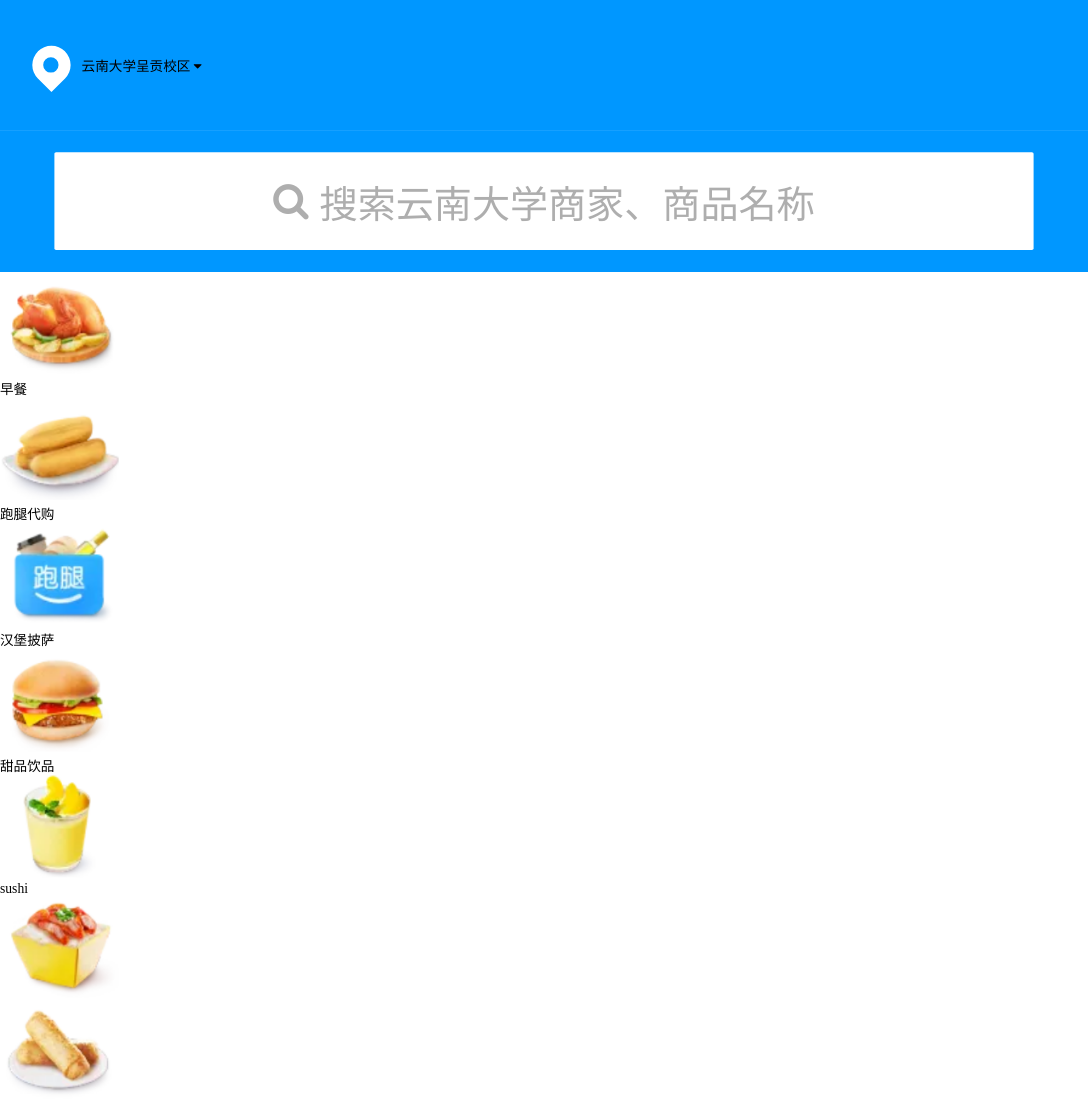
Repository: F000top/ele
Page: index.html
An editor plug-in stored every save of this project. The page is shown before and after a run of saves, followed by the edit.
The browser window is 1280 px wide. The pictures show the whole page, at 85% of full size.

Above is the page before, as saved 2022-06-07 21:26:42.

After the next 2 saves:
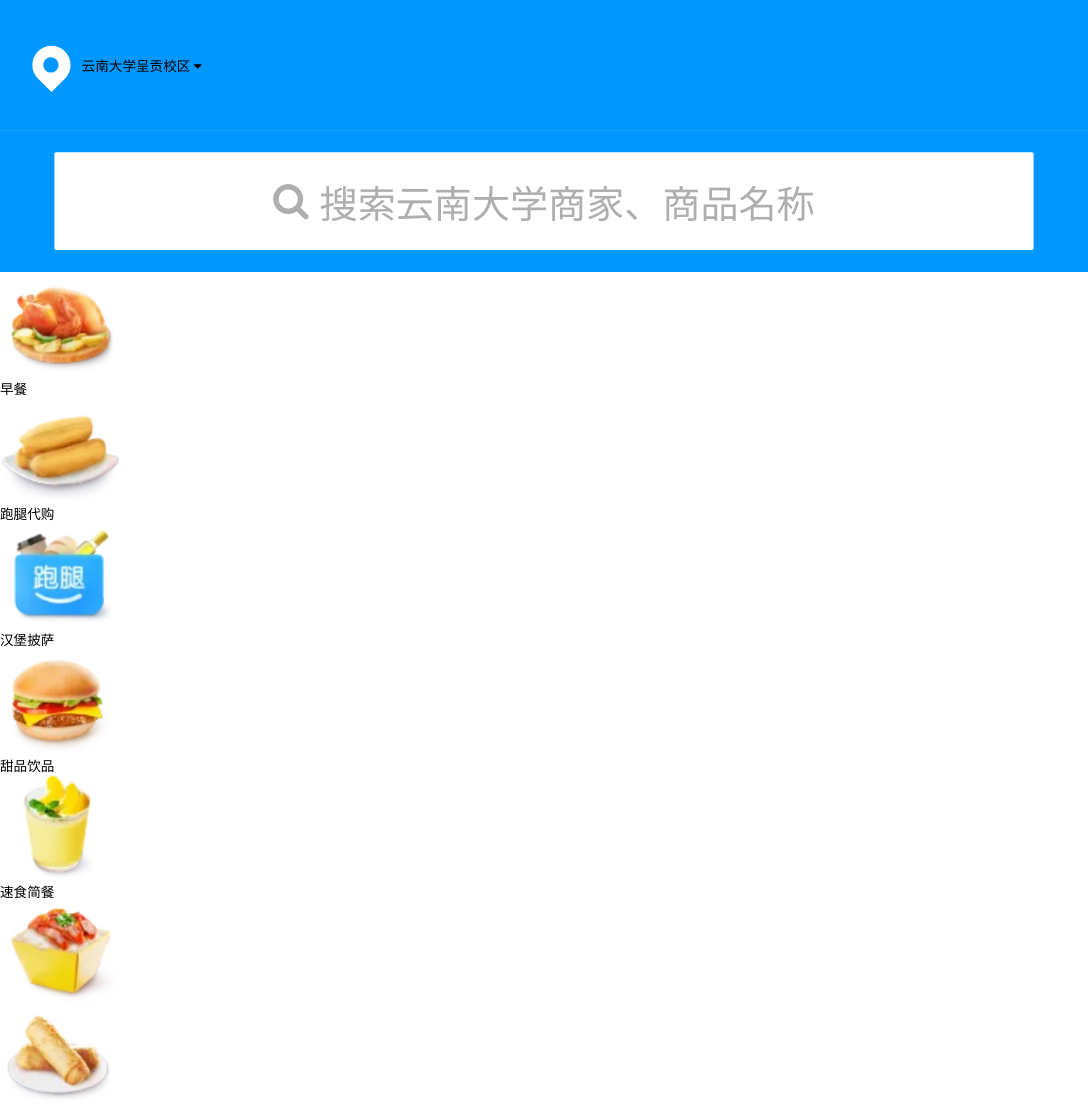
The 2 saves are shown as one change because they came seconds apart.
The last was saved 8 s later.
--- a/index.html
+++ b/index.html
@@ -69,7 +69,7 @@
 
             <li>
                 <img src="img/dcfl05.png">
-                <p>sushi</p>
+                <p>速食简餐</p>
             </li>
 
             <li>
